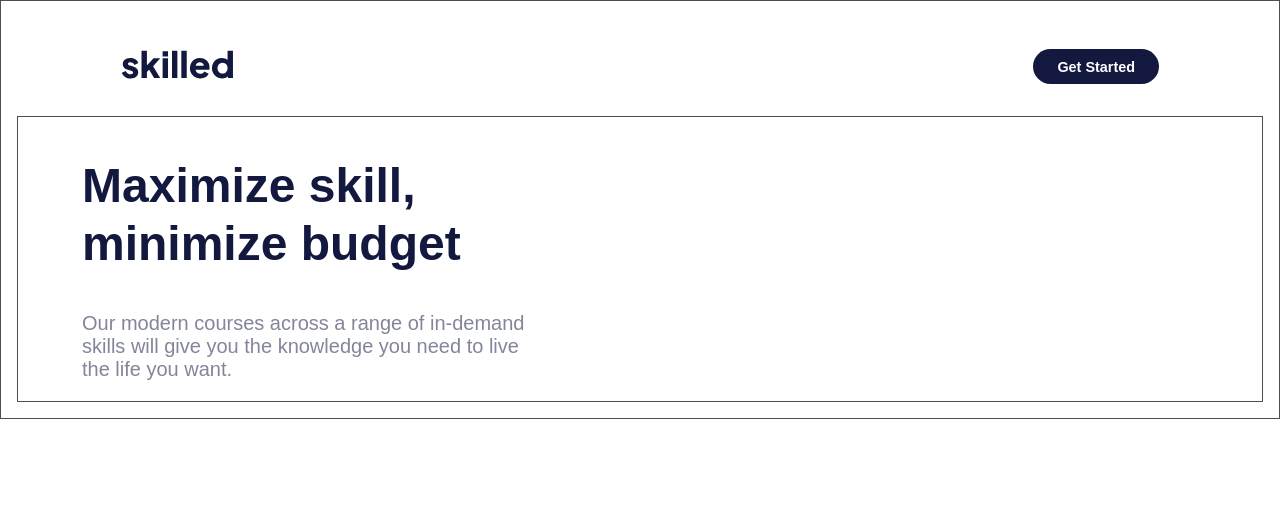
Repository: exe-walt/E-Learning-Landing-Page
Page: index.html
These files come from the project's save history. The page is drawn as it stood at one moment and after the next save; the edit follows.
The browser window is 1280 px wide. The pictures show the whole page.
Some web fonts or font styles are not loaded; a fallback is used.

Above is the page before, as saved 2025-05-27 20:32:48.

After the next save:
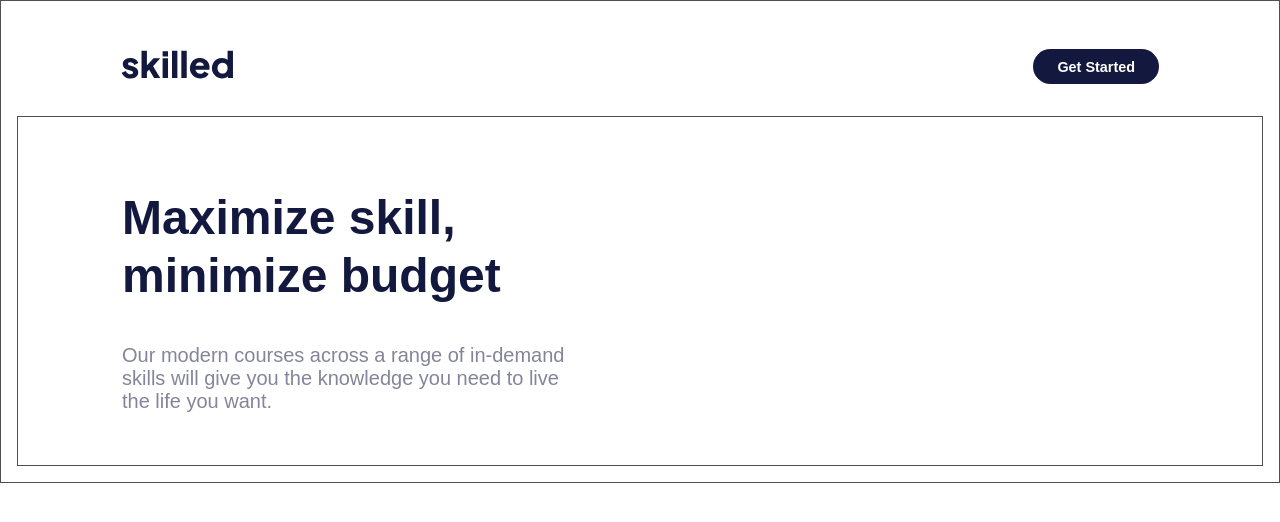
Saved 42 s later.
--- a/css/style.css
+++ b/css/style.css
@@ -65,6 +65,8 @@
 
 .hero-text{
   margin-left: 4em;
+  padding: 2rem 2.5rem;
+
 }
 
 .hero-text h1 {
